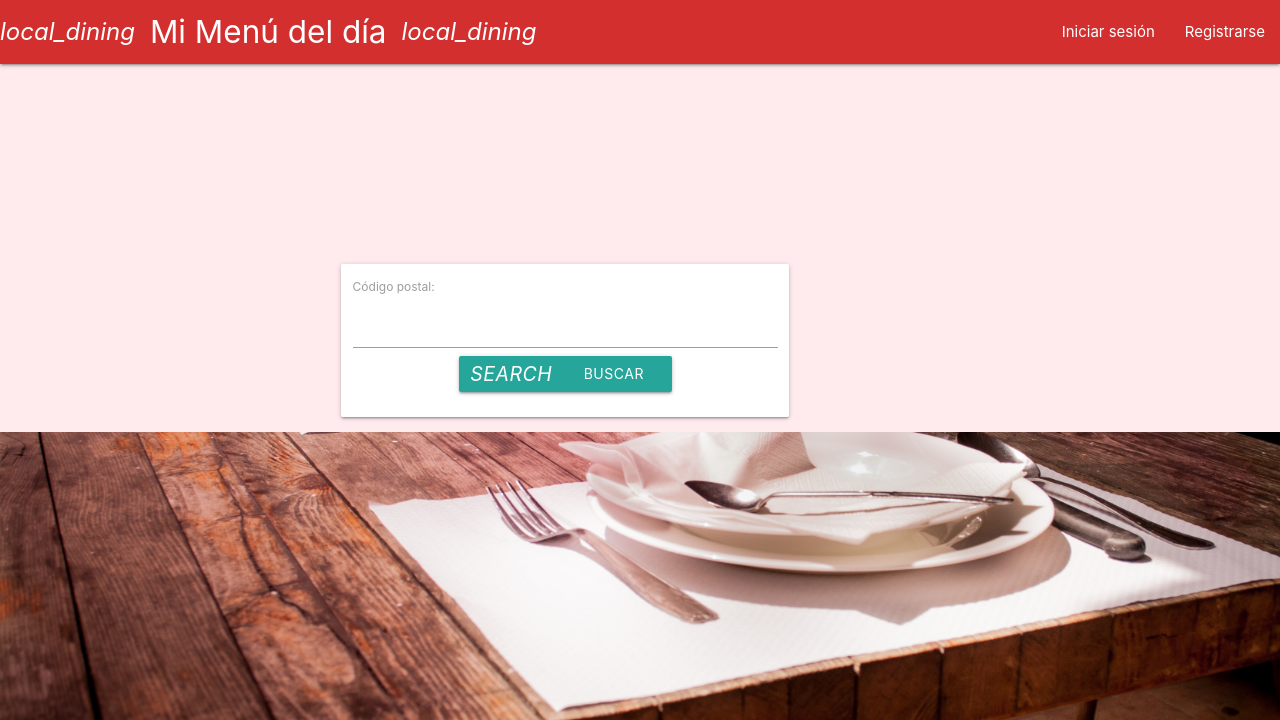
Repository: ixtab/ProyectoJavaRestaurante
Page: http://localhost/MiMenu/
The author's editor kept a copy of each file at every save. The page is drawn from the files as they stood at one save, then again after the next save.
The browser window is 1280 px wide. The pictures show the whole page.
The page is served by Tomcat 9.

Above is the page before, as saved 2019-03-17 19:36:12.

### MiMenu/WebContent/index.jsp
<%@ page language="java" contentType="text/html; charset=ISO-8859-1"
    pageEncoding="ISO-8859-1"%>
<!DOCTYPE html>
<html>
<head>
	<meta charset="utf-8">
      <link href="https://fonts.googleapis.com/icon?family=Material+Icons" rel="stylesheet">
      <link type="text/css" rel="stylesheet" href="css/materialize.min.css"  media="screen,projection"/>
      <link type="text/css" rel="stylesheet" href="css/style.css" />
      <meta name="viewport" content="width=device-width, initial-scale=1.0"/>
	<title>Mi Menú del día</title>

</head>
<body>

	<header>
			<nav>
			    <div class="red darken-2 nav-wrapper">
			      <a href="#" class="brand-logo"><i class="large material-icons">local_dining</i> Mi Menú del día <i class="large material-icons right">local_dining</i></a>
			      <ul id="nav-mobile" class="right hide-on-med-and-down">
			        <li><a href="iniciar.jsp">Iniciar sesión</a></li>
			        <li><a href="registro.jsp">Registrarse</a></li>
			      </ul>
			    </div>
			  </nav>
		</header>

	<div class="margen-superior container row transparente">

		<div class="margen-superior card-panel col s6 offset-s2 padding">

			<form class = "flow-text">
				<label >Código postal:<input type="text" id="cp"></label>
			</form>
			<a class=" margen-inferior waves-effect waves-light btn col s6 offset-s3 hoverable" onclick="buscar()"><i class="material-icons left">search</i>Buscar</a>
		</div>
	</div>


	<script type="text/javascript" src="js/materialize.min.js"></script>
</body>
</html>

### MiMenu/WebContent/css/style.css
html {
    background: url(../img/fondo.jpg) no-repeat center center fixed;
    -webkit-background-size: cover;
    -moz-background-size: cover;
    -o-background-size: cover;
    background-size: cover;
}

body {
	background-color: #ffebee;
}


.margen-superior {
	margin-top: 100px;
}

.margen-inferior {
	margin-bottom: 25px;
}

.mapa {
	display: none;
}

.transparente {
	opacity: 1;
}

Loaded but not shown: MiMenu/WebContent/css/materialize.min.css (library); MiMenu/WebContent/js/materialize.min.js (library)

After the next save:
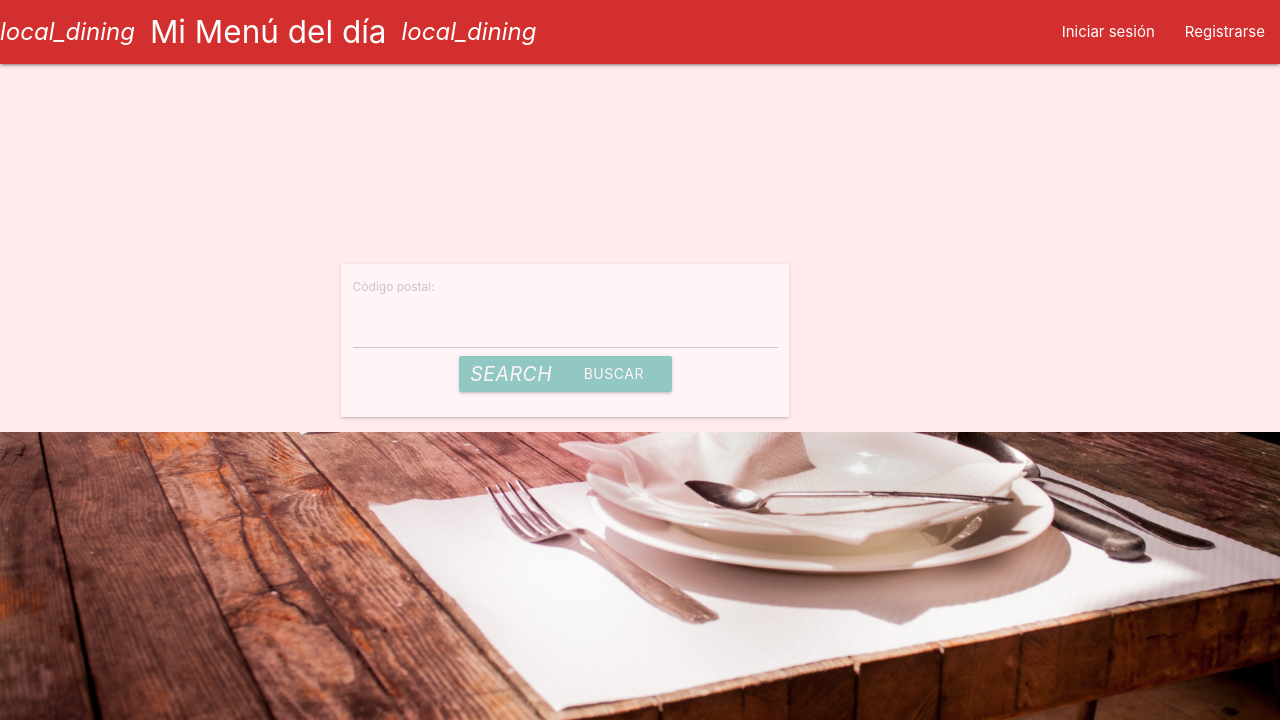
Saved 10 s later.
--- a/MiMenu/WebContent/css/style.css
+++ b/MiMenu/WebContent/css/style.css
@@ -24,5 +24,5 @@ body {
 }
 
 .transparente {
-	opacity: 1;
+	opacity: 0.5;
 }
